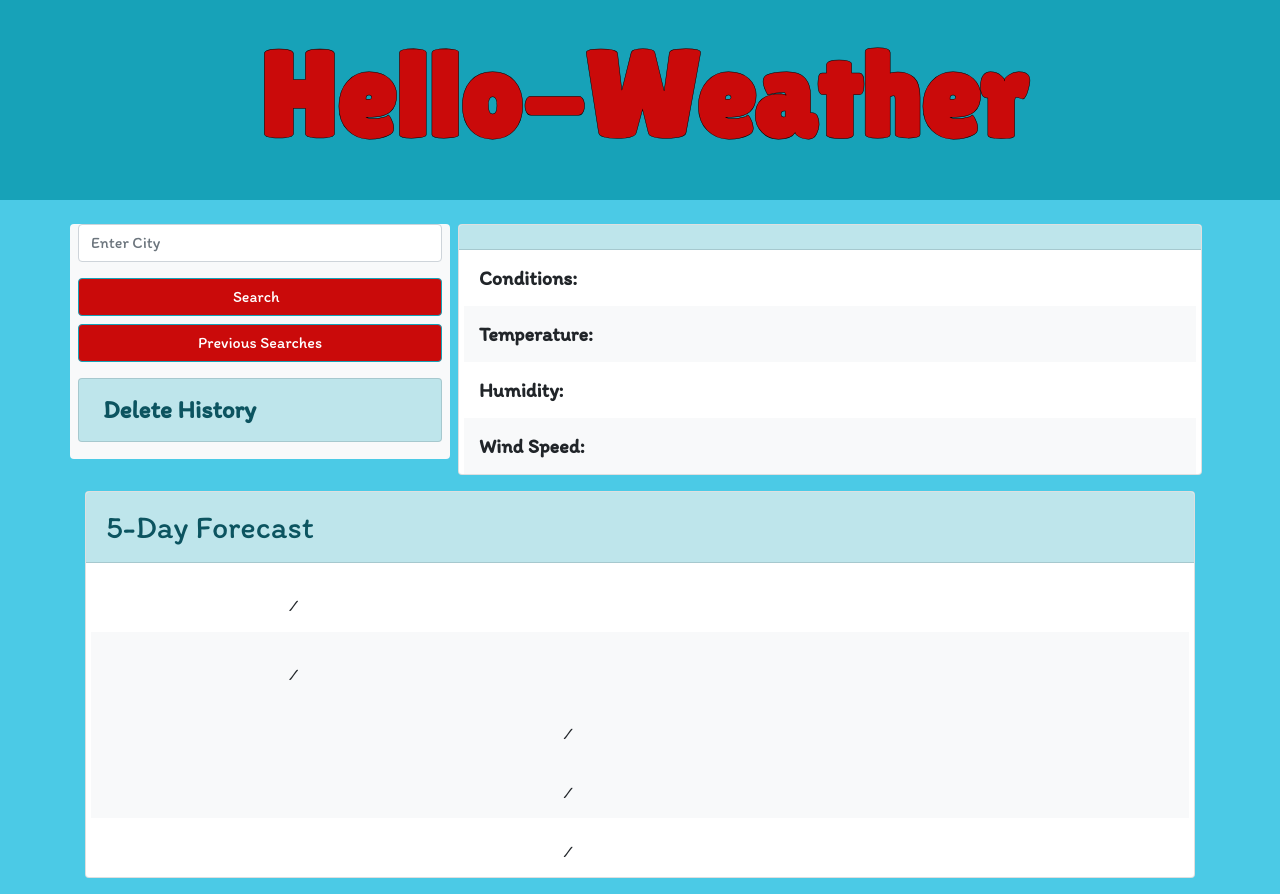
Repository: Jazinha/Hello-kitty-weather
Page: index.html
These files come from the project's save history. The page is drawn as it stood at one moment and after the next save; the edit follows.
The browser window is 1280 px wide. The pictures show the whole page.
Some web libraries are served in a nearby version.

Above is the page before, as saved 2023-02-08 01:06:21.

### index.html
<!DOCTYPE html>
<html>

<head>
    <title>Hello-Weather!</title>
    <meta charset="utf-8">

    <link rel="preconnect" href="https://fonts.googleapis.com">
    <link rel="preconnect" href="https://fonts.gstatic.com" crossorigin>
    <link href="https://fonts.googleapis.com/css2?family=Itim&family=Lilita+One&display=swap" rel="stylesheet">
    <link rel="stylesheet" href="https://cdn.jsdelivr.net/npm/bootstrap@4.0.0/dist/css/bootstrap.min.css"
        integrity="sha384-Gn5384xqQ1aoWXA+058RXPxPg6fy4IWvTNh0E263XmFcJlSAwiGgFAW/dAiS6JXm" crossorigin="anonymous">
    <link rel="stylesheet" href="style.css">
</head>

<body>
    <header class="bg-info p-4 mb-2 text-center">
        <h1 class="font-weight-bold text-red">
          <i class="fas fa-cloud-sun mr-1"></i>
          Hello-Weather
        </h1>
        <p id="today" class="h4 text-white"></p>
      </header>

      <!-- Content Container -->
      <div class="container">
        <div class="row">

          <!-- Sidebar: Search + Search History -->
          <aside class="col-sm-4 bg-light px-2 my-3 rounded">

            <!-- Search Input -->

              <input id="search" class="form-control" type="text" placeholder="Enter City" aria-label="Search"/>
              <button id="search-btn" class="btn btn-block btn-info mt-3" type="button">
                Search
                <img class="fas fa-search ml-1">
              </button>

            <!-- Previous Searches Button (only visible at smaller breakpoints) -->
            <button id="collapse-search-history" class="btn btn-block btn-info" type="button" data-toggle="collapse" data-target="#search-history" aria-expanded="false" aria-controls="collapseExample">
              Previous Searches
            </button>

            <!-- Search History -->
            <ul id="search-history" class="list-group collapse mt-3">
              <li id="delete-history" class="list-group-item list-group-item-info font-weight-bold">
                <i class="fas fa-trash-alt mr-1"></i>
                Delete History
              </li>
            </ul>
          </aside>

          <!-- Main Content: Weather Dashboard -->
          <main class="col-sm-8 px-2 mt-3">

            <!-- Section: Current Weather Data -->
            <section class="card">

              <!-- Current City -->
              <div class="card-header d-flex align-items-center list-group-item-info">
                <p id="city" class="h2 my-0 mr-2"></p>
                <img id="icon" class="">
              </div>

              <div class="card-body py-0">

                <!-- Current Conditions -->
                <div class="row d-flex align-items-center py-3">
                  <div class="col-8 col-md-6 col-lg-4">
                    <p id="current-condition" class="h5 font-weight-bold m-0">Conditions:</p>
                  </div>
                  <div class="col-4 col-md-6 col-lg-8 px-0">
                    <p id="condition" class="h5 font-weight-light m-0"></p>
                  </div>
                </div>

                <!-- Current Temperature -->
                <div class="row bg-light d-flex align-items-center py-3">
                  <div class="col-8 col-md-6 col-lg-4">
                    <p class="h5 font-weight-bold m-0">Temperature:</p>
                  </div>
                  <div class="col-4 col-md-6 col-lg-8 px-0">
                    <p id="temperature" class="h5 font-weight-light m-0"></p>
                  </div>
                </div>

                <!-- Current Humidity -->
                <div class="row d-flex align-items-center py-3">
                  <div class="col-8 col-md-6 col-lg-4">
                    <p class="h5 font-weight-bold m-0">Humidity:</p>
                  </div>
                  <div class="col-4 col-md-6 col-lg-8 px-0">
                    <p id="humidity" class="h5 font-weight-light m-0"></p>
                  </div>
                </div>

                <!-- Current Wind Speed -->
                <div class="row bg-light d-flex align-items-center py-3">
                  <div class="col-8 col-md-6 col-lg-4">
                    <p class="h5 font-weight-bold m-0">Wind Speed:</p>
                  </div>
                  <div class="col-4 col-md-6 col-lg-8 px-0">
                    <p id="wind-speed" class="h5 font-weight-light m-0"></p>
                  </div>
                </div>
                </div>
              </div>
            </section>

            <!-- Section: 5-Day Forecast -->
            <section class="card my-3">
              <div class="card-header d-flex align-items-center list-group-item-info py-3">
                <p class="h2 my-0">5-Day Forecast</p>
              </div>

              <div class="card-body py-0">

                <!-- Day 1 -->
                <div class="row d-flex align-items-center py-3">
                  <div class="col-2 d-flex justify-content-center">
                    <i id="day-1-icon" class="">
                  </div>
                  <div class="col-3 pr-0">
                    <p id="day-1-date" class="h5 text-info"></p>
                    <p id="day-1-year" class="h6 font-weight-light m-0"></p>
                  </div>
                  <div class="col-7">
                    <p id="day-1-conditions" class="h5 text-info"></p>
                    <p class="h6 font-weight-light m-0">
                      <i class="fas fa-thermometer-quarter">
                      <span id="day-1-temp"></span> /
                      <span id="day-1-humidity"></span>
                    </p>
                  </div>
                </div>

                <!-- Day 2 -->
                <div class="row bg-light d-flex align-items-center py-3">
                  <div class="col-2 d-flex justify-content-center">
                    <i id="day-2-icon" class="">
                  </div>
                  <div class="col-3 pr-0">
                    <p id="day-2-date" class="h5 text-info"></p>
                    <p id="day-2-year" class="h6 font-weight-light m-0"></p>
                  </div>
                  <div class="col-7">
                    <p id="day-2-conditions" class="h5 text-info"></p>
                    <p class="h6 font-weight-light m-0">
                      <i class="fas fa-thermometer-quarter">
                      <span id="day-2-temp"></span> /
                      <span id="day-2-humidity"></span>
                    </p>
                  </div>
                </div>

                <!-- Day 3 -->
                <div class="row bg-light d-flex align-items-center py-3">
                  <div class="col-2 d-flex justify-content-center">
                    <img id="day-3-icon" class="">
                  </div>
                  <div class="col-3 pr-0">
                    <p id="day-3-date" class="h5 text-info"></p>
                    <p id="day-3-year" class="h6 font-weight-light m-0"></p>
                  </div>
                  <div class="col-7">
                    <p id="day-3-conditions" class="h5 text-info"></p>
                    <p class="h6 font-weight-light m-0">
                      <span id="day-3-temp"></span> /
                      <span id="day-3-humidity"></span>
                    </p>
                  </div>
                </div>

                <!-- Day 4 -->
                <div class="row bg-light d-flex align-items-center py-3">
                  <div class="col-2 d-flex justify-content-center">
                    <i id="day-4-icon" class=""></i>
                  </div>
                  <div class="col-3 pr-0">
                    <p id="day-4-date" class="h5 text-info"></p>
                    <p id="day-4-year" class="h6 font-weight-light m-0"></p>
                  </div>
                  <div class="col-7">
                    <p id="day-4-conditions" class="h5 text-info"></p>
                    <p class="h6 font-weight-light m-0">
                      <span id="day-4-temp"></span> /
                      <span id="day-4-humidity"></span>
                    </p>
                  </div>
                </div>

                <!-- Day 5 -->
                <div class="row d-flex align-items-center py-3">
                  <div class="col-2 d-flex justify-content-center">
                    <img id="day-5-icon" class="">
                  </div>
                  <div class="col-3 pr-0">
                    <p id="day-5-date" class="h5 text-info"></p>
                    <p id="day-5-year" class="h6 font-weight-light m-0"></p>
                  </div>
                  <div class="col-7">
                    <p id="day-5-conditions" class="h5 text-info"></p>
                    <p class="h6 font-weight-light m-0">
                      <span id="day-5-temp"></span> /
                      <span id="day-5-humidity"></span>
                    </p>
                  </div>
                </div>
              </div>
            </section>
          </main>
        </div>
      </div>

    <script src="https://code.jquery.com/jquery-3.2.1.slim.min.js"
        integrity="sha384-KJ3o2DKtIkvYIK3UENzmM7KCkRr/rE9/Qpg6aAZGJwFDMVNA/GpGFF93hXpG5KkN"
        crossorigin="anonymous"></script>
    <script src="https://cdn.jsdelivr.net/npm/popper.js@1.12.9/dist/umd/popper.min.js"
        integrity="sha384-ApNbgh9B+Y1QKtv3Rn7W3mgPxhU9K/ScQsAP7hUibX39j7fakFPskvXusvfa0b4Q"
        crossorigin="anonymous"></script>
    <script src="https://cdn.jsdelivr.net/npm/bootstrap@4.0.0/dist/js/bootstrap.min.js"
        integrity="sha384-JZR6Spejh4U02d8jOt6vLEHfe/JQGiRRSQQxSfFWpi1MquVdAyjUar5+76PVCmYl"
        crossorigin="anonymous"></script>
    <script src="./script.js"></script>
</body>

</html>

### style.css
body {
    background-color: rgb(75, 202, 230);
    font-size: 25px;
    font-family: 'Itim', cursive;;
}

.container-landing {
    text-align: center;
    justify-content: center;
    /* background-image: ; */
}

h1 {
    font-size: 120px;
    font-family: 'Lilita One', cursive;
    color: rgb(202, 10, 10);
    -webkit-text-stroke: .5px black;
}

#initial {
    font-family: 'Lilita One', cursive;
    width: 190px;
    height: 33px;
    padding: 0px 2px;
    border: none;
}

.btn {
    background-color:rgb(202, 10, 10);
    text-decoration: none;
}


.btn:hover {
    background-color: rgb(217, 75, 98);
  }


.days-week {
    display: flex;
    flex-flow: row wrap;
  }

#search-btn {
    background-color:rgb(202, 10, 10);
    text-decoration: none;
}

### script.js
function init() {
    console.log("dd");
    var searchBtn = document.getElementById("search-btn");
    var inputTxt = document.getElementById("search");
    var APIKEY = '3d90c1ba80e1377a6db30bdf0b2f1488'
    searchBtn.addEventListener("click", () => {
        var inptTextValue = inputTxt.value;
        // console.log(inptTextValue);

        fetch(`https://api.openweathermap.org/data/2.5/forecast?q=${inptTextValue}&appid=${APIKEY}`)
            .then((response) => response.json())
            .then((data) => {
                var weathers = data.list;
                var eachDays = Array();
                for (var i = 0; i < weathers.length; i += 8) {
                    console.log(weathers[i]);
                    var temp = {
                        condition: weathers[i].weather[0].main,
                        temperature: weathers[i].main.temp,
                        humidity: weathers[i].main.humidity,
                        windSpeed: weathers[i].wind.speed,
                        icon: weathers[i].weather[0].icon,
                    };
                    eachDays.push({
                        condition: weathers[i].weather[0].main,
                        temperature: weathers[i].main.temp,
                        humidity: weathers[i].main.humidity,
                        windSpeed: weathers[i].wind.speed,
                        icon: weathers[i].weather[0].icon,
                    });

                    var conditionDisplay = ``;
                    // console.log(condition);
                    // console.log(temperature);
                    // console.log(humidity);
                    // console.log(windSpeed);
                }
                console.log(eachDays);
                var currentDayCity = document.getElementById("city");
                var currentIcon = document.getElementById("icon");
                var currentCondition = document.getElementById("condition");
                var currentTemperature = document.getElementById("temperature");
                var currentHumidity = document.getElementById("humidity");
                var currentWindSpeed = document.getElementById("wind-speed");

                currentDayCity.innerText = inptTextValue;
                currentIcon.src = "http://openweathermap.org/img/wn/10d@2x.png";

                currentTemperature.innerHTML = eachDays[0].temperature;
                currentHumidity.innerHTML = eachDays[0].humidity;
                currentCondition.innerHTML = eachDays[0].condition;
                currentWindSpeed.innerHTML = eachDays[0].windSpeed;
                // for (var i = 0; i < 5; i+=1)
                // {
                //     var
                // }


            });


        })
    // setTimeout(
    //     () => {
    //         console.log(inputTxt)
    //     }
    // , 1000);






}

// 3d90c1ba80e1377a6db30bdf0b2f1488

// api.openweathermap.org/data/2.5/forecast?q=California&appid=3d90c1ba80e1377a6db30bdf0b2f1488

init()

After the next save:
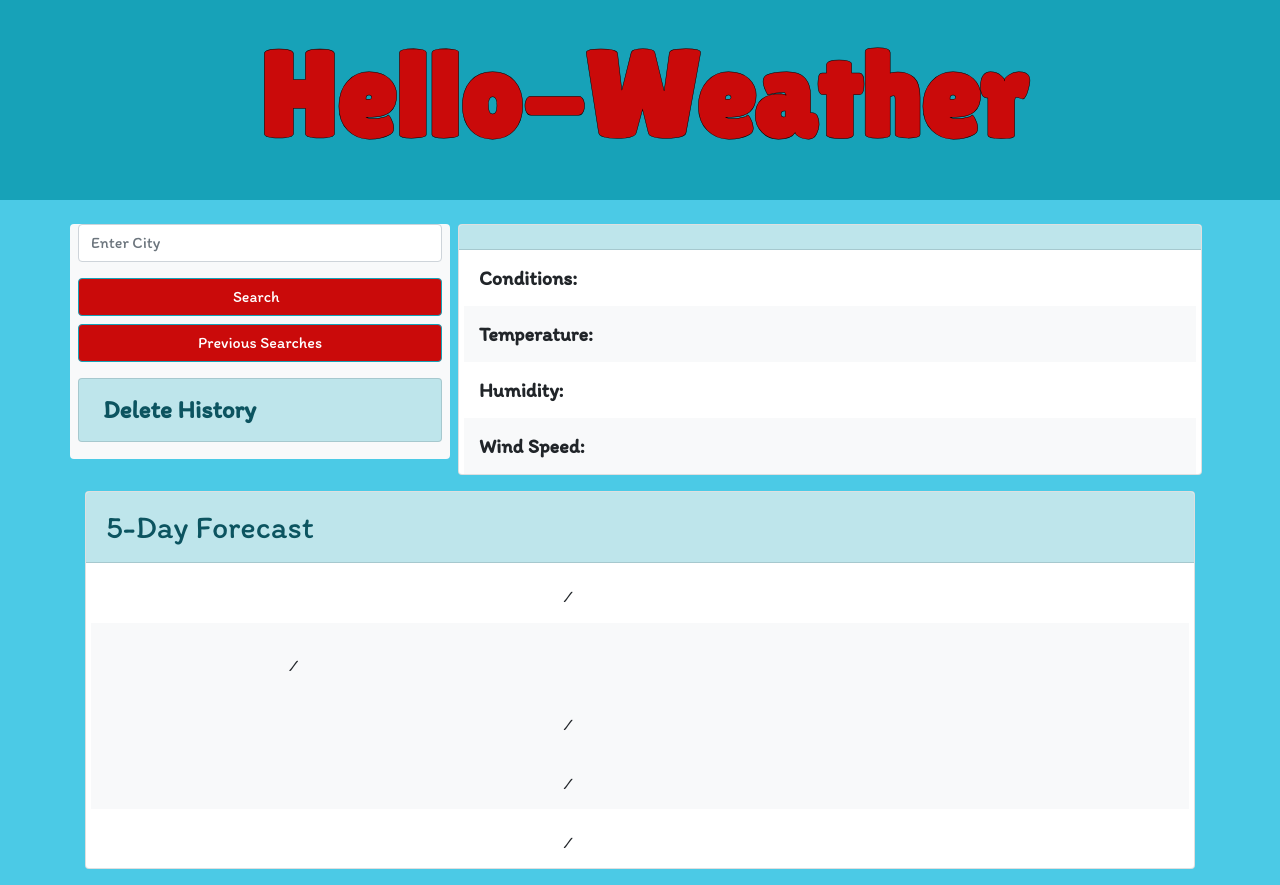
Saved 95 s later.
--- a/index.html
+++ b/index.html
@@ -119,7 +119,7 @@
                 <!-- Day 1 -->
                 <div class="row d-flex align-items-center py-3">
                   <div class="col-2 d-flex justify-content-center">
-                    <i id="day-1-icon" class="">
+                    <img id="icon" class="">
                   </div>
                   <div class="col-3 pr-0">
                     <p id="day-1-date" class="h5 text-info"></p>
